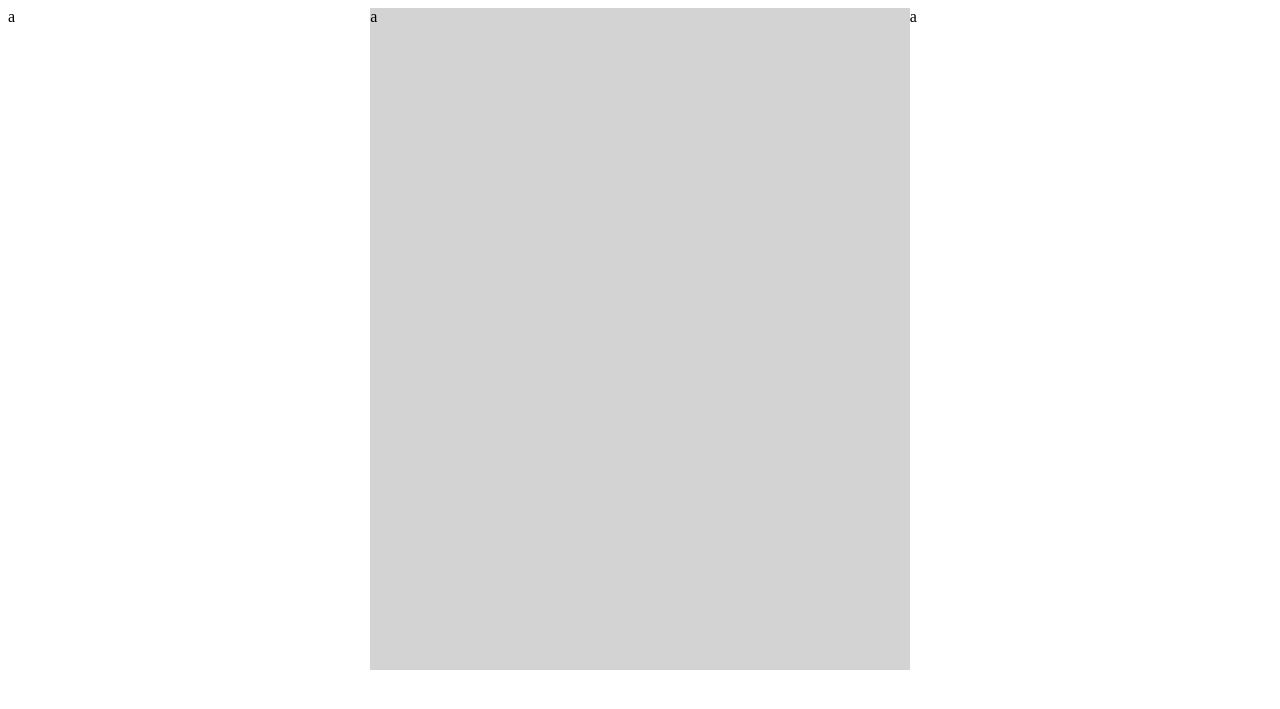
Repository: tr2cky/exercise2
Page: index.html
These files come from the project's save history. The page is drawn as it stood at one moment and after the next save; the edit follows.
The browser window is 1280 px wide. The pictures show the whole page.

Above is the page before, as saved 2022-10-01 10:45:53.

After the next save:
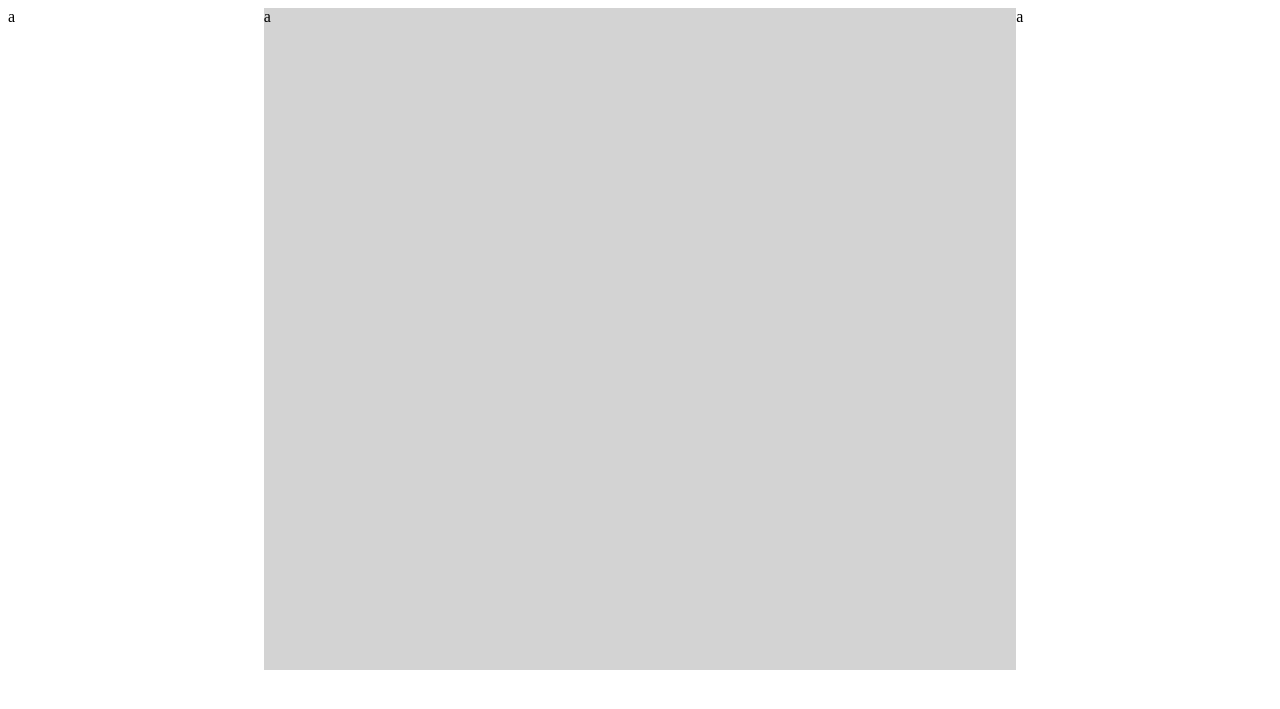
Saved 22 s later.
--- a/style.css
+++ b/style.css
@@ -8,8 +8,8 @@ main {
     background-color: lightgray;
 }
 .side1 {
-    flex-grow: 2;
+    flex-grow: 1;
 }
 .side2 {
-    flex-grow: 2;
+    flex-grow: 1;
 }
